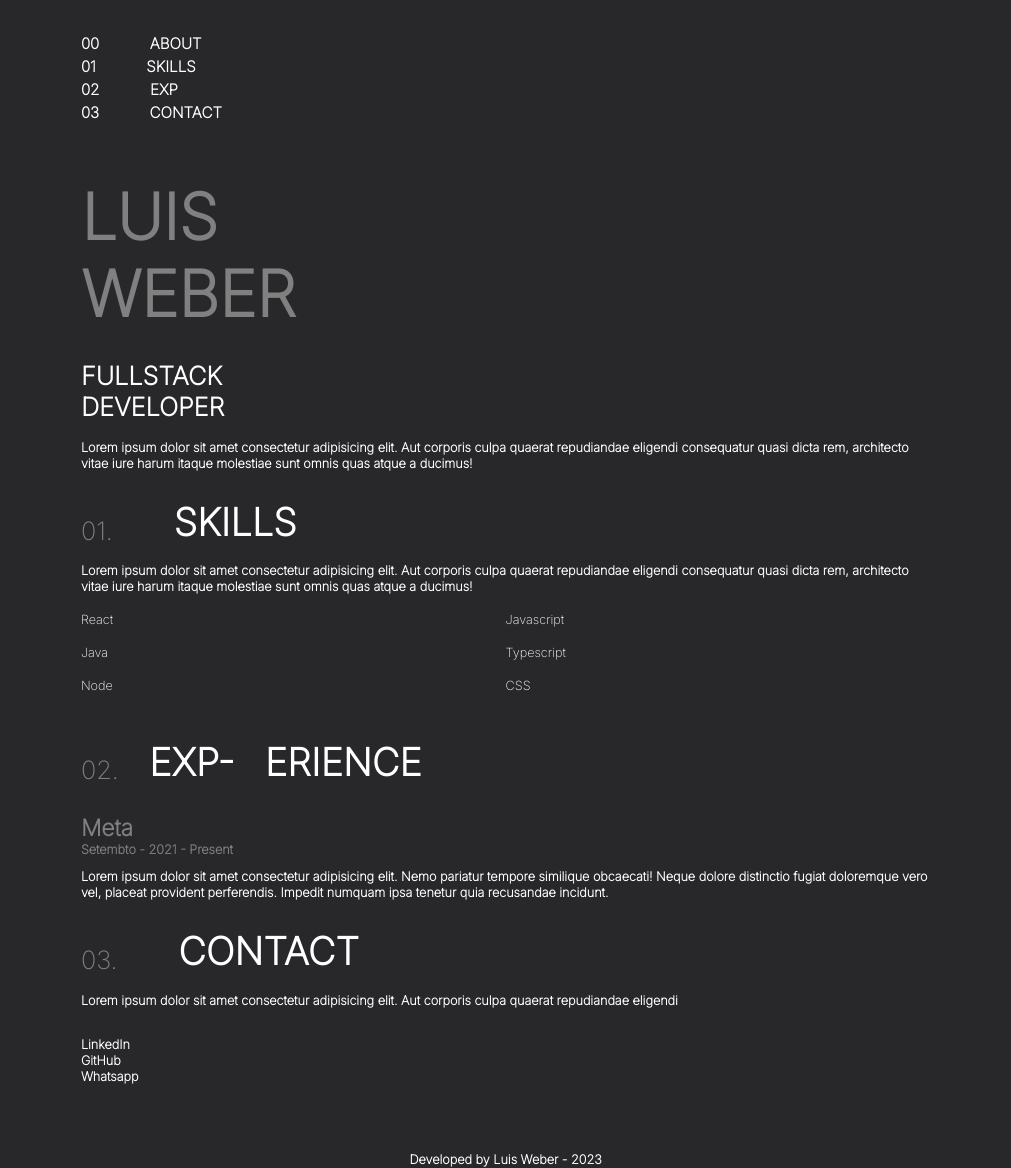
Repository: luiswh1/Portfolio
Page: /
The author's editor kept a copy of each file at every save. The page is drawn from the files as they stood at one save, then again after the next save.
The browser window is 1280 px wide. The pictures show the whole page, at 79% of full size.
The project was rebuilt for these pictures with package versions that can differ from the ones it lists, and the page was loaded fresh each time.

Above is the page before, as saved 2023-05-31 19:58:27.

After the next save:
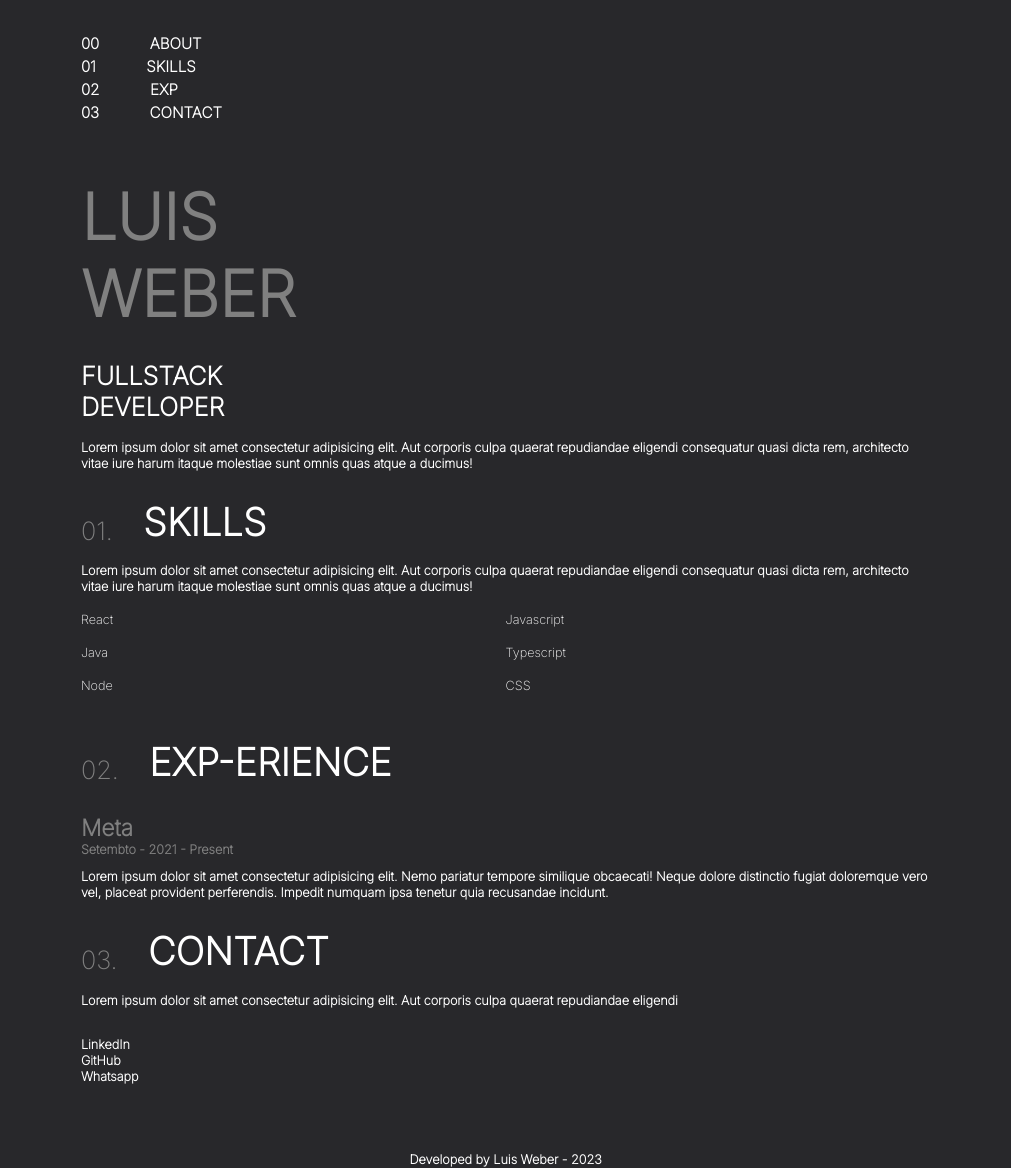
Saved 61 s later.
--- a/src/Pages/HomeStyles.tsx
+++ b/src/Pages/HomeStyles.tsx
@@ -46,7 +46,6 @@ export const NumberIndex = styled.span`
 export const IndexTitle = styled.span`
   font-size: 3em;
   color: white;
-  margin-left: 3vw;
   font-weight: bold;
 `;
 
